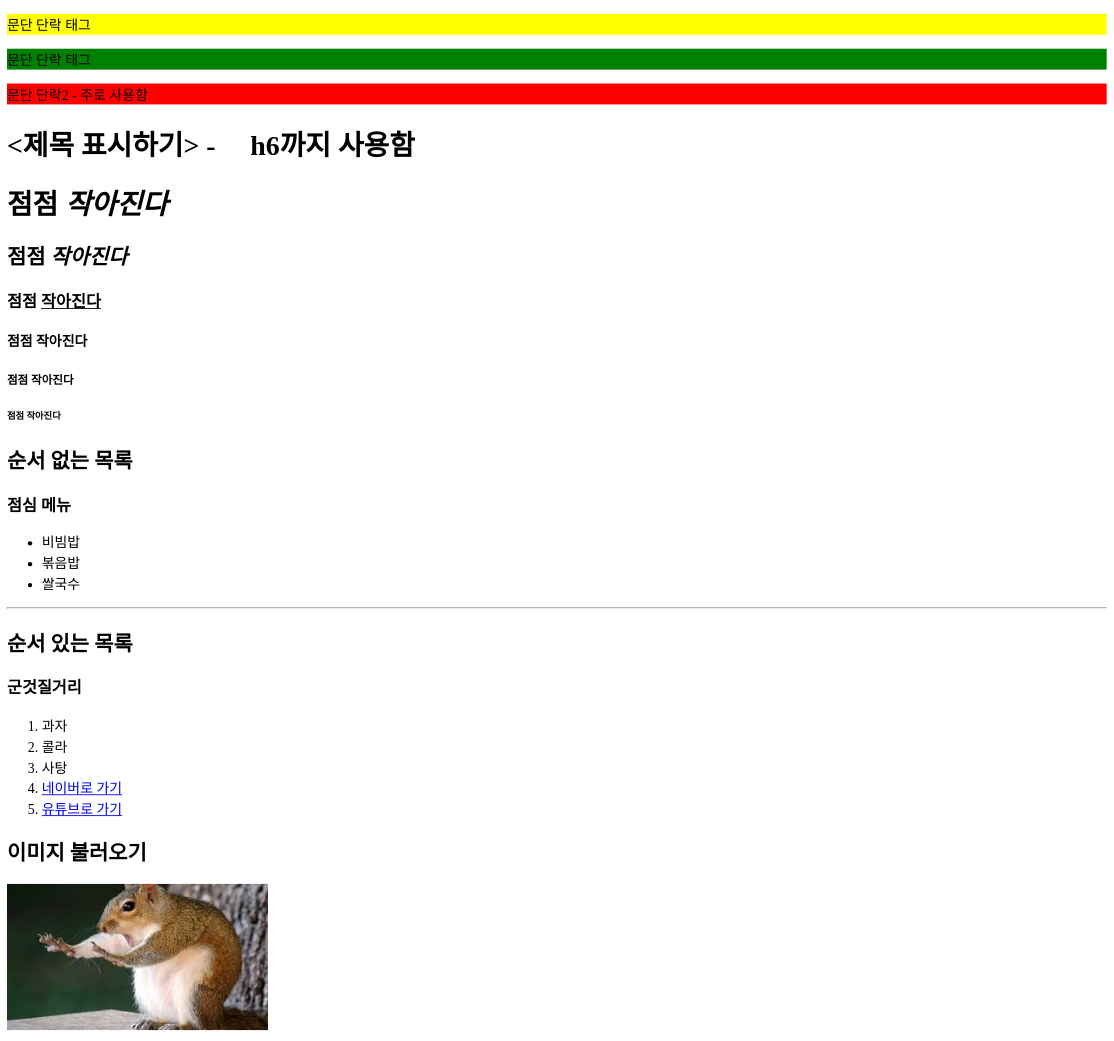
Repository: hsaar/jsworkplace
Page: http://localhost/testjsp/html/test01.jsp
The author's editor kept a copy of each file at every save. The page is drawn from the files as they stood at one save, then again after the next save.
The browser window is 1280 px wide. The pictures show the whole page, at 87% of full size.
The page is served by Tomcat 9.

Above is the page before, as saved 2025-08-19 03:42:41.

After the next save:
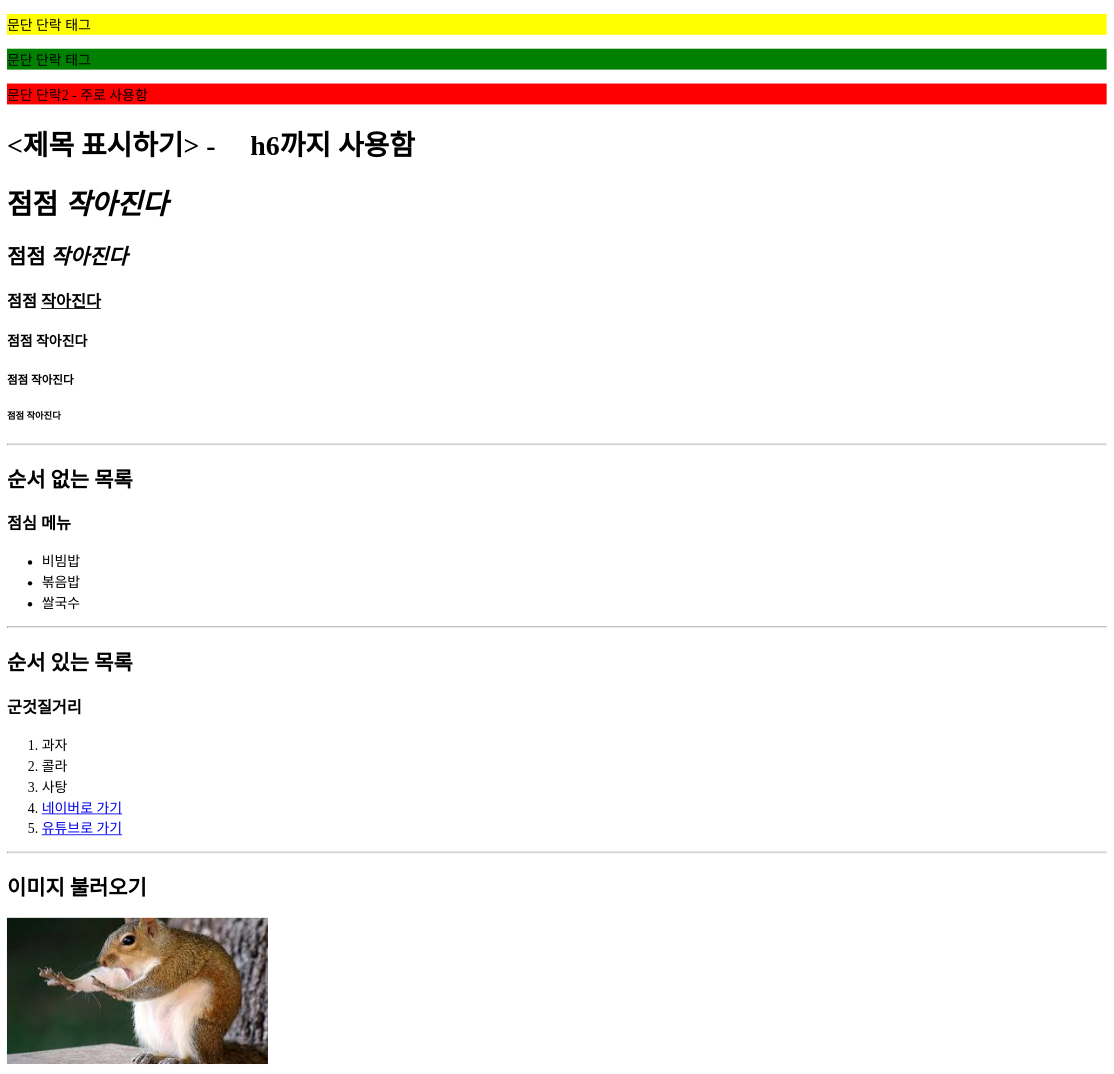
Saved 28 s later.
--- a/testjsp/src/main/webapp/html/test01.jsp
+++ b/testjsp/src/main/webapp/html/test01.jsp
@@ -20,7 +20,7 @@
 		<h4>점점 작아진다</h4>
 		<h5>점점 작아진다</h5>
 		<h6>점점 작아진다</h6>
-	</div>
+	</div><hr>
 	<div>
 		<h2>순서 없는 목록</h2>
 		<h3>점심 메뉴</h3>
@@ -39,7 +39,7 @@
 			<li><a href="http://naver.com" target="_blank">네이버로 가기</a></li>
 			<li><a href="http://youtube.com" target="_blank">유튜브로 가기</a></li>
 		</ol>
-	</div>
+	</div><hr>
 	<!--  1) ./images/ - 현재문서의 폴더에서 image폴더로 이동
 		  2) ../images/ - 현재문서의 폴더에서 상위폴더의 image폴더로
 		  3) /images/ - 절대경로 image
